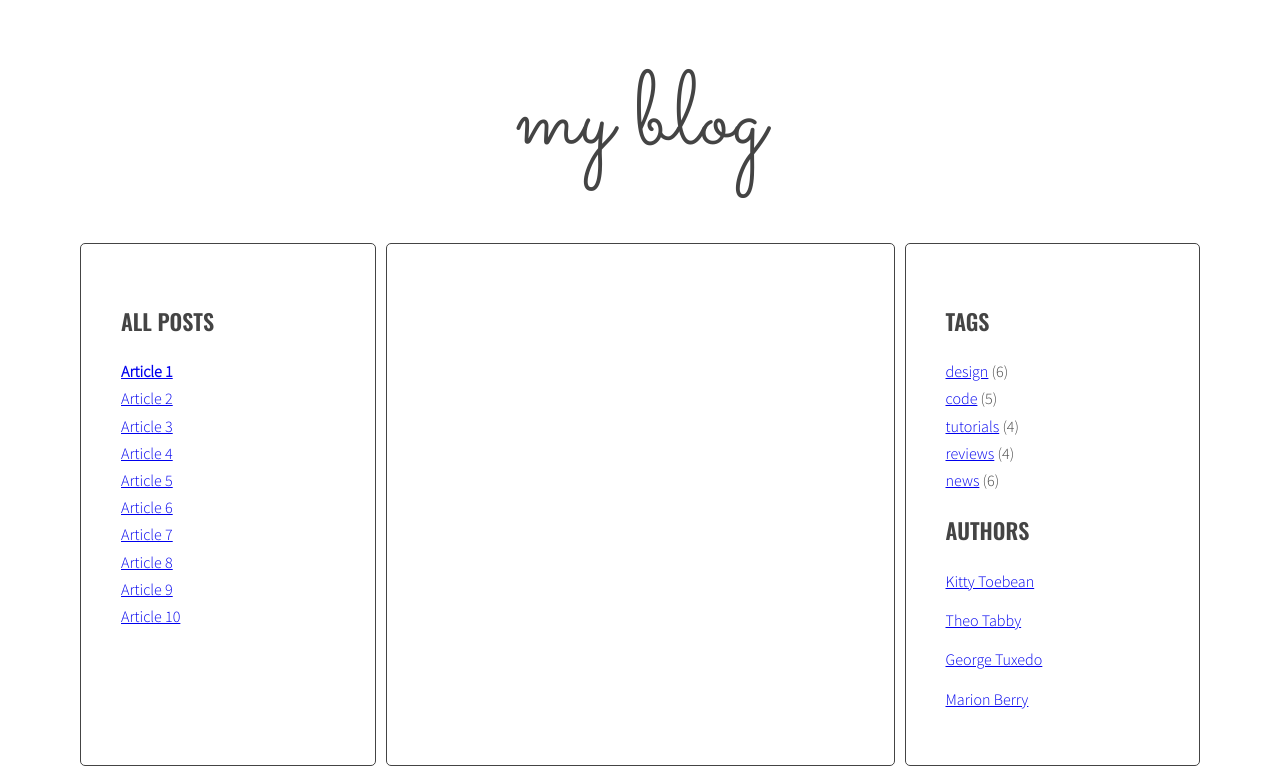
Repository: ulasup/javascript-blog
Page: index.html
An editor plug-in stored every save of this project. The page is shown before and after the next save, followed by the edit.
The browser window is 1280 px wide. The pictures show the whole page.
After loading, the first visible `a.active` was clicked once.
The style sheet was rebuilt from its Sass, Less or Tailwind sources for each picture, by a compiler version that may differ from the author's.

Above is the page before, as saved 2020-12-13 12:48:04.
Console error: ReferenceError: activeLink is not defined

After the next save:
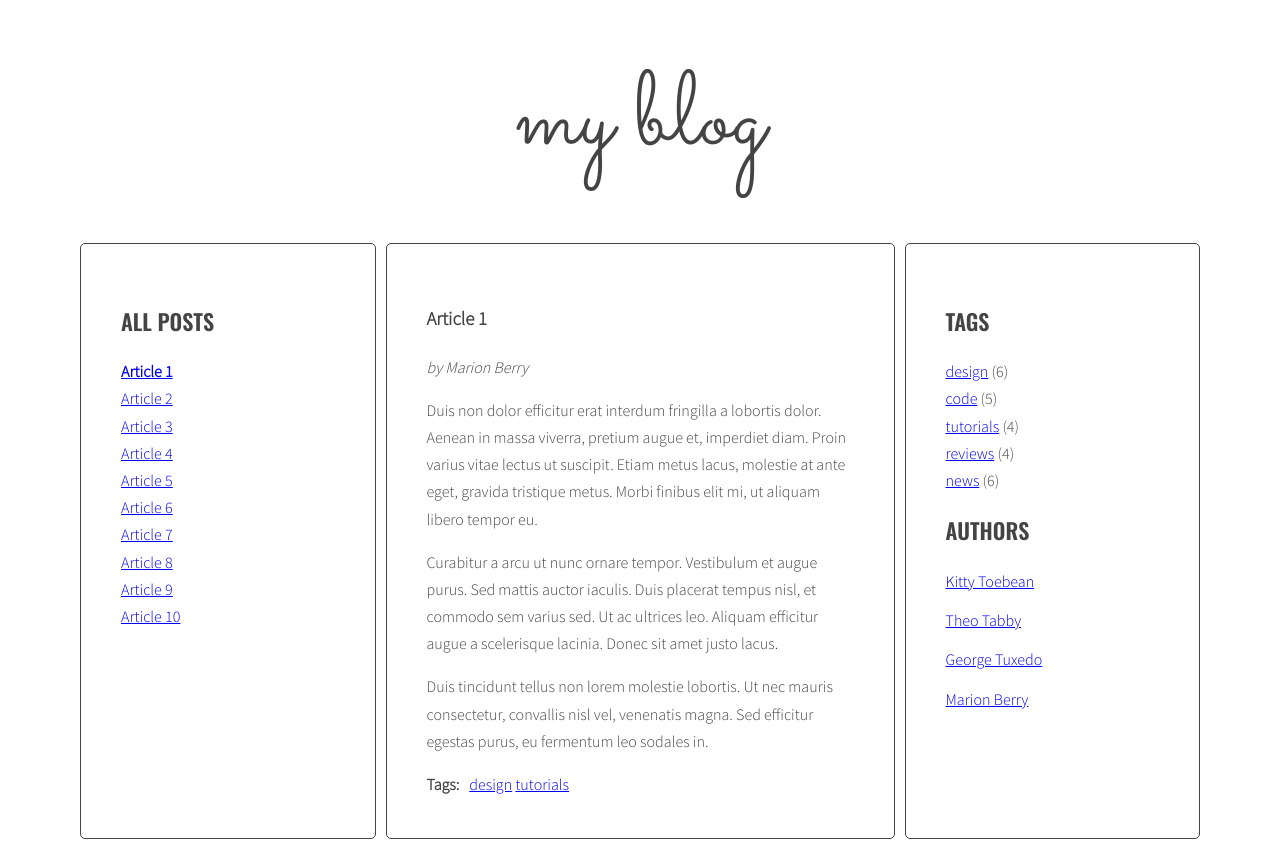
The error is gone.
Saved 36 s later.
--- a/js/script.js
+++ b/js/script.js
@@ -34,7 +34,7 @@ function titleClickHandler(event){
 
   /* add class 'active' to the correct article */
   for(let clickedArticle of clickedArticles){
-    activeLink.classList.add('active');
+    clickedArticle.classList.add('active');
     }
 }
 
